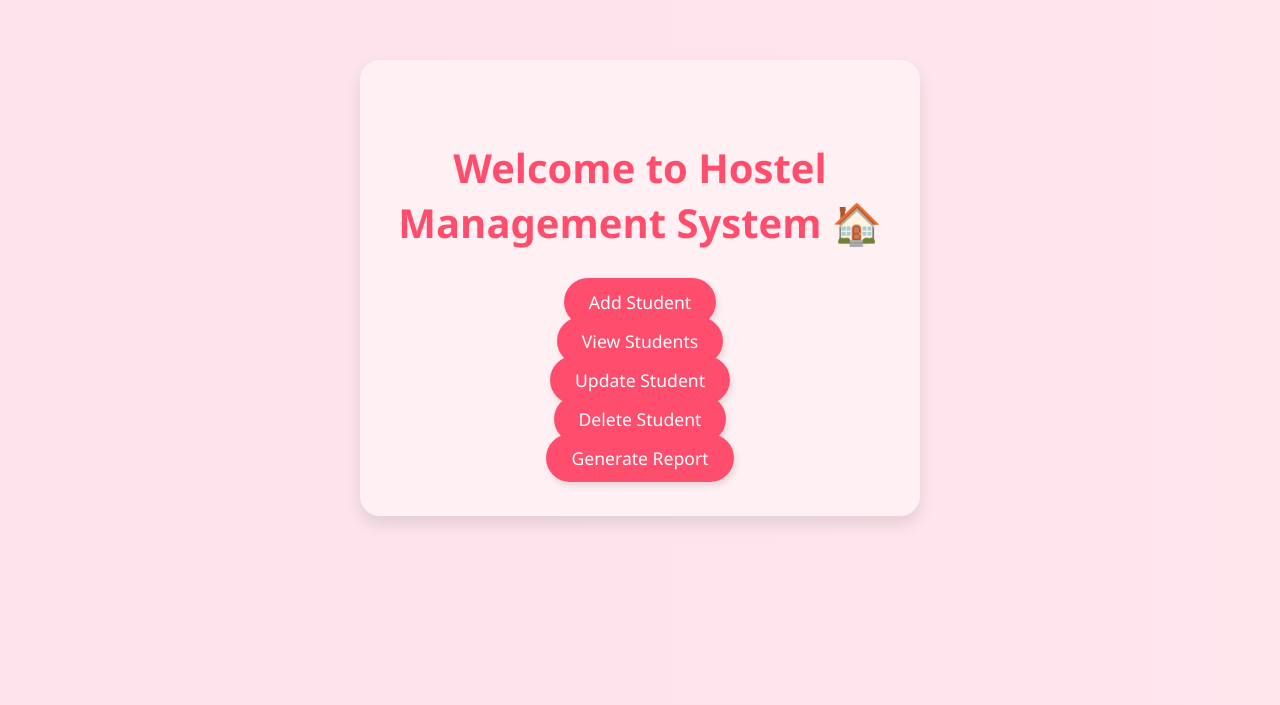
Repository: Keerthana2M/Hostel-Management-system
Page: http://localhost/Hostelweb/
An editor plug-in stored every save of this project. The page is shown before and after the next save, followed by the edit.
The browser window is 1280 px wide. The pictures show the whole page.
The page is served by Tomcat 9. Other server files are loaded and not shown.

Above is the page before, as saved 2025-05-29 16:38:56.

### Hostelweb/src/main/webapp/index.jsp
<%@ page language="java" contentType="text/html; charset=UTF-8" pageEncoding="UTF-8"%>
<!DOCTYPE html>
<html>
<head>
    <title>Hostel Management System</title>
    <style>
        body {
            font-family: 'Segoe UI', Tahoma, Geneva, Verdana, sans-serif;
            background: linear-gradient(to right, #fce3ec, #ffe5ec);
            margin: 0;
            padding: 0;
            text-align: center;
        }

        h1 {
            margin-top: 50px;
            font-size: 2.5em;
            color: #ff4d6d;
            text-shadow: 1px 1px 2px #fff0f3;
        }

        ul {
            list-style: none;
            padding: 0;
            margin-top: 40px;
        }

        li {
            margin: 15px 0;
        }

        a {
            text-decoration: none;
            background-color: #ff4d6d;
            color: white;
            padding: 12px 25px;
            border-radius: 30px;
            font-size: 1.1em;
            transition: background-color 0.3s ease, transform 0.2s ease;
            box-shadow: 2px 4px 6px rgba(0, 0, 0, 0.1);
        }

        a:hover {
            background-color: #ff6b81;
            transform: scale(1.05);
        }

        .container {
            max-width: 500px;
            margin: 0 auto;
            background: #fff0f3;
            padding: 30px;
            border-radius: 20px;
            box-shadow: 0 8px 16px rgba(0,0,0,0.1);
            margin-top: 60px;
        }
    </style>
</head>
<body>
    <div class="container">
        <h1>Welcome to Hostel Management System 🏠</h1>
        <ul>
            <li><a href="studentadd.jsp"> Add Student</a></li>
            <li><a href="DisplayStudentsServlet"> View Students</a></li>
            <li><a href="studentupdate.jsp"> Update Student</a></li>
            <li><a href="studentdelete.jsp"> Delete Student</a></li>
            <li><a href="ReportCriteriaServlet"> Generate Report</a></li>
        </ul>
    </div>
</body>
</html>

After the next save:
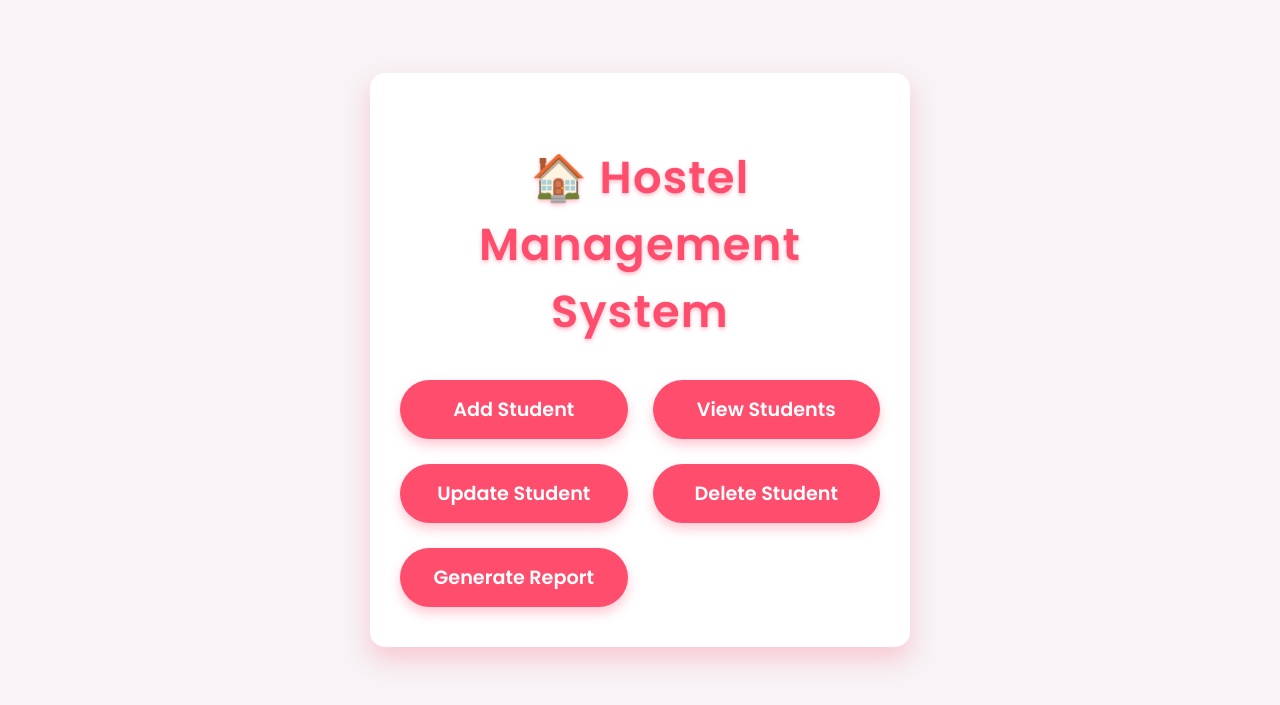
Saved 6 min 25 s later.
--- a/Hostelweb/src/main/webapp/index.jsp
+++ b/Hostelweb/src/main/webapp/index.jsp
@@ -4,67 +4,92 @@
 <head>
     <title>Hostel Management System</title>
     <style>
+        @import url('https://fonts.googleapis.com/css2?family=Poppins:wght@400;600&display=swap');
+
         body {
-            font-family: 'Segoe UI', Tahoma, Geneva, Verdana, sans-serif;
-            background: linear-gradient(to right, #fce3ec, #ffe5ec);
+            font-family: 'Poppins', sans-serif;
+            background: #f7f3f6;
             margin: 0;
             padding: 0;
+            display: flex;
+            justify-content: center;
+            align-items: center;
+            min-height: 100vh;
+        }
+
+        .container {
+            background: white;
+            max-width: 480px;
+            width: 100%;
+            padding: 40px 30px;
+            border-radius: 15px;
+            box-shadow: 0 12px 24px rgba(255, 77, 109, 0.25);
             text-align: center;
         }
 
         h1 {
-            margin-top: 50px;
-            font-size: 2.5em;
             color: #ff4d6d;
-            text-shadow: 1px 1px 2px #fff0f3;
+            margin-bottom: 35px;
+            font-weight: 600;
+            font-size: 2.8rem;
+            letter-spacing: 1.2px;
+            text-shadow: 0 2px 4px rgba(255, 77, 109, 0.4);
         }
 
         ul {
             list-style: none;
             padding: 0;
-            margin-top: 40px;
+            margin: 0;
+            display: grid;
+            grid-template-columns: 1fr;
+            gap: 20px;
         }
 
         li {
-            margin: 15px 0;
+            margin: 0;
         }
 
         a {
+            display: block;
+            padding: 15px 0;
+            background: #ff4d6d;
+            color: white;
+            font-weight: 600;
+            font-size: 1.15rem;
+            border-radius: 40px;
             text-decoration: none;
-            background-color: #ff4d6d;
-            color: white;
-            padding: 12px 25px;
-            border-radius: 30px;
-            font-size: 1.1em;
-            transition: background-color 0.3s ease, transform 0.2s ease;
-            box-shadow: 2px 4px 6px rgba(0, 0, 0, 0.1);
+            box-shadow: 0 6px 12px rgba(255, 77, 109, 0.3);
+            transition: all 0.3s ease;
         }
 
-        a:hover {
-            background-color: #ff6b81;
-            transform: scale(1.05);
+        a:hover, a:focus {
+            background: #ff6b81;
+            box-shadow: 0 10px 18px rgba(255, 107, 129, 0.5);
+            transform: translateY(-3px);
+            outline: none;
         }
 
-        .container {
-            max-width: 500px;
-            margin: 0 auto;
-            background: #fff0f3;
-            padding: 30px;
-            border-radius: 20px;
-            box-shadow: 0 8px 16px rgba(0,0,0,0.1);
-            margin-top: 60px;
+        @media (min-width: 480px) {
+            ul {
+                grid-template-columns: 1fr 1fr;
+                gap: 25px;
+            }
+
+            a {
+                font-size: 1.2rem;
+            }
         }
     </style>
 </head>
 <body>
     <div class="container">
-        <h1>Welcome to Hostel Management System 🏠</h1>
+        <h1>🏠 Hostel Management System</h1>
         <ul>
-            <li><a href="studentadd.jsp"> Add Student</a></li>
-            <li><a href="DisplayStudentsServlet"> View Students</a></li>
-            <li><a href="studentupdate.jsp"> Update Student</a></li>
-            <li><a href="studentdelete.jsp"> Delete Student</a></li>
-            <li><a href="ReportCriteriaServlet"> Generate Report</a></li>
+            <li><a href="studentadd.jsp">Add Student</a></li>
+            <li><a href="DisplayStudentsServlet">View Students</a></li>
+            <li><a href="studentupdate.jsp">Update Student</a></li>
+            <li><a href="studentdelete.jsp">Delete Student</a></li>
+            <li><a href="ReportCriteriaServlet">Generate Report</a></li>
         </ul>
     </div>
 </body>
